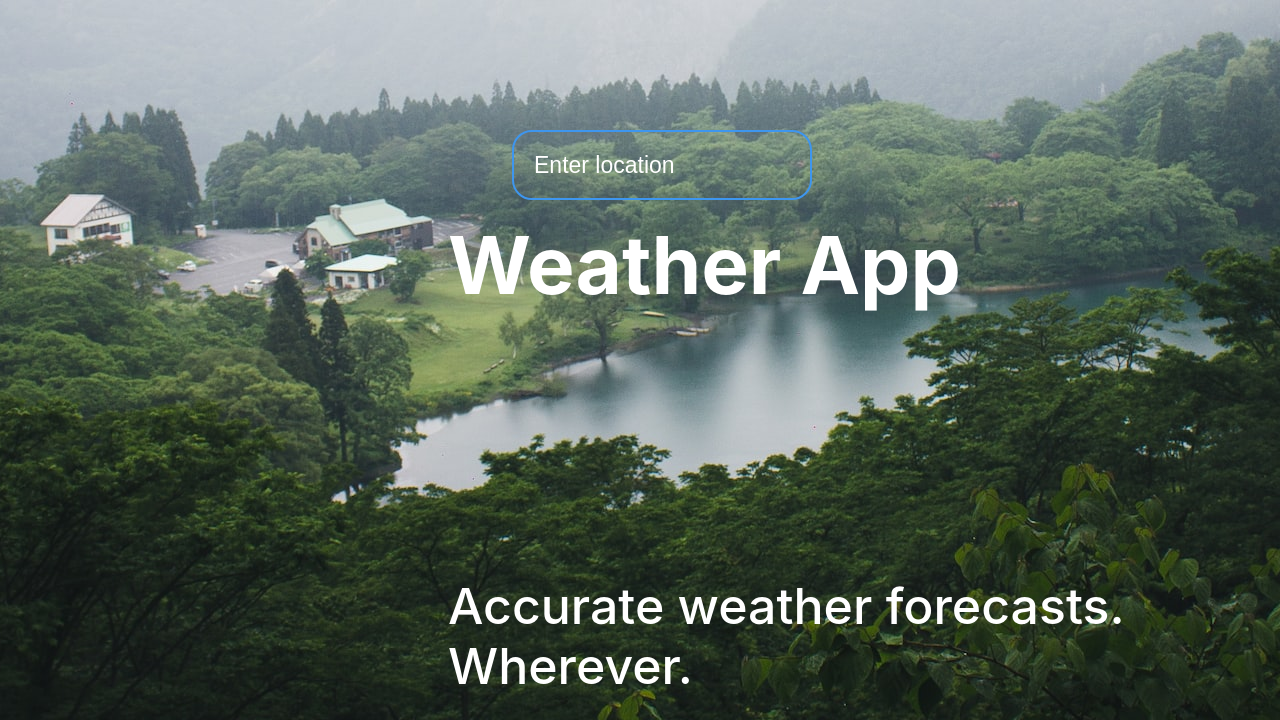
Repository: RenataDzotova/WeatherForecast
Page: /
These files come from the project's save history. The page is drawn as it stood at one moment and after the next save; the edit follows.
The browser window is 1280 px wide. The pictures show the whole page.
The project was rebuilt for these pictures with package versions that can differ from the ones it lists, and the page was loaded fresh each time. The framework's server and built-in components were replaced by stand-ins that run in the browser. Also part of the build but not shown: next.config.js, styles/Home.module.css.

Above is the page before, as saved 2023-01-19 16:47:45.

### pages/index.js
import Head from 'next/head'
import Image from 'next/image'
import styles from '../styles/Home.module.css'
import axios from 'axios'
import { useState } from 'react'
import { FlexBox, Wrapper, Text, ImgPlaceholder } from '../styles/global'

export default function Home() {
  const [data, setData] = useState({});
  const [location, setLocation] = useState('');
  const [weather, setWeather] = useState();
  const [errorMessage, setErrorMessage] = useState('')
  const [showTitle, setShowTitle] = useState('Weather App')
  const [showDesc, setShowDesc] = useState('Accurate weather forecasts. Wherever.')

  const searchLocation = (event) => {
    if (event.key === "Enter"){
      axios.get(url)
      .then((response) => {
        console.clear()
        setData(response.data)
        console.log(response.data)
        setWeather(response.data.weather)
        setErrorMessage("")
        setShowTitle("")
        setShowDesc("")
      }) .catch(err => {
        console.log(err)
        setErrorMessage("Please enter another location")
        setData({})
        setWeather()
      })
      setLocation('')
    }
  }

  var apiKey = "f1c3aba9f416efdb16702d2866709e98";
  var lang = "en";
  var units = "metric";
  const url = `https://api.openweathermap.org/data/2.5/weather?q=${location}&units=${units}&appid=${apiKey}&lang=${lang}`

  return (
    <div className={styles.bg}>
      <Head>
        <title>Create Next App</title>
        <meta name="description" content="Generated by create next app" />
        <link rel="icon" href="/favicon.ico" />
        <link rel="preconnect" href="https://fonts.gstatic.com" crossorigin />
        <link
            href="https://fonts.googleapis.com/css2?family=Plus+Jakarta+Sans:ital,wght@0,200;0,300;0,400;0,500;0,600;0,700;0,800;1,200;1,300;1,400;1,500;1,600;1,700;1,800&display=swap"
            rel="stylesheet"
            />
      </Head>

      <main>


        {
          data &&
            <span>
              {errorMessage}
              <span className='titleText'>
              {showTitle}
              </span>
              <span className='descText'>
              {showDesc}
              </span>
            </span>
        }


        <input className='inputStyle'
          value = {location}
          onChange={event=> setLocation(event.target.value)}
          placeholder="Enter location"
          onKeyDown={searchLocation}
          type="text"
          style={{position:"absolute", top:"130px", left:"40%" }}
        >
        </input>

        {
          weather && weather.map((w, index) =>{
            return(
              <Wrapper bgImage={ data.main.temp.toFixed() < 0 && w.main=="Snow" ? "/alora-griffiths-HlnFco4i624-unsplash.jpg" : w.main=="Rain" || w.main=="Thunderstorm" ? "/nick-nice-ve-R7PCjJDk-unsplash.jpg" : w.main=="Clouds" ? "/johny-goerend-z_SXPzTMKkc-unsplash.jpg" : "/kenrick-mills-MF9Wy1NA55I-unsplash-2.jpg"} key={index}>

                  <FlexBox dir="column" width="100%" height="100%">
                    <FlexBox dir="column" margin="200px 0 0 0">
                      <Text color="white" fontSize="65px" fontWeight="bold">{data.name}</Text>
                        <FlexBox alignItems="flex-start">
                          <Text color="white" fontSize="90px" fontWeight="bold">{data.main.temp.toFixed()}°</Text>
                          <FlexBox margin="15px 0 12px 10px"><Text color="white" fontSize="30px">{w.main} </Text></FlexBox>
                        </FlexBox>
                    </FlexBox>

                    <FlexBox flexWrap="wrap" margin="100px 0 0 0" bgColor="rgba(227, 227, 227, 0.25)" border="rgba(227, 227, 227) solid 2px" minHeight="130px" width="60%" borderRadius="30px" justifyContent="space-around" padding="0 20px 0 20px">
                      <FlexBox dir="column">
                        <Text color="white" fontSize="65px" fontWeight="700">{data.main.feels_like.toFixed()}°C</Text>
                        <Text color="white">Feels like</Text>
                      </FlexBox>
                      <FlexBox dir="column">
                        <Text color="white" fontSize="65px" fontWeight="700">{data.main.humidity}%</Text>
                        <Text color="white">Humidity</Text>
                      </FlexBox>
                      <FlexBox dir="column">
                        <FlexBox>
                          <Text color="white" fontSize="65px" fontWeight="700">{data.main.pressure}</Text>
                          <Text fontSize="20px" margin="0 0 15px 0" color="white">hPa</Text>
                        </FlexBox>
                        <Text color="white">Pressure</Text>
                      </FlexBox>
                      { data.wind.gust &&
                      <FlexBox dir="column">
                        <FlexBox>
                          <Text color="white" fontSize="65px" fontWeight="700">{data.wind.gust}</Text>
                          <Text fontSize="20px" margin="0 0 15px 0" color="white">M/s</Text>
                        </FlexBox>
                        <Text color="white">Wind</Text>
                      </FlexBox>
                      }
                    </FlexBox>
                  </FlexBox>
              </Wrapper>
            )
          })
        }
      </main>

      {/* <footer className={styles.footer}>
        <a
          href="https://vercel.com?utm_source=create-next-app&utm_medium=default-template&utm_campaign=create-next-app"
          target="_blank"
          rel="noopener noreferrer"
        >
          Powered by{' '}
          <span className={styles.logo}>
            <Image src="/vercel.svg" alt="Vercel Logo" width={72} height={16} />
          </span>
        </a>
      </footer> */}
    </div>
  )
}

### styles/globals.css
html,
body {
  padding: 0;
  margin: 0;
  font-family: -apple-system, BlinkMacSystemFont, Segoe UI, Roboto, Oxygen,
    Ubuntu, Cantarell, Fira Sans, Droid Sans, Helvetica Neue, sans-serif;
  background-image: url("../public/cory-bjork-nkXNnX4BG1k-unsplash.jpg");
  background-position: center;
  background-repeat: no-repeat;
  display: flex;
  justify-content: center;
  align-items: center;
  flex-direction: column;
}

.titleText{
  font-size: 80px;
  font-weight: 700;
  color: white;
  background-color: transparent;
  position: absolute;
  left: 35%;
  top: 30%;
}

.descText{
  font-size: 50px;
  font-weight: 500;
  color: white;
  background-color: transparent;
  position: absolute;
  left: 35%;
  top: 80%;
}

a {
  color: inherit;
  text-decoration: none;
}

.inputStyle{
  border-radius: 20px;
  height: 70px;
  width: 300px;
  font-size: 23px;
  padding: 20px;
  background-color: transparent;
  color: rgb(14, 40, 66);
  border: 2px solid rgb(62, 150, 239);
}
::placeholder {
  color: white;
  opacity: 1; /* Firefox */
}

* {
  box-sizing: border-box;
}

@media (prefers-color-scheme: dark) {
  html {
    color-scheme: dark;
  }
  body {
    color: white;
    background: black;
  }
}

### styles/global.js
import styled from 'styled-components';

export const Text = styled.p`
    font-size: ${props=>props.fontSize || "21px"};
    font-weight: ${props=>props.fontWeight || "normal"};
    color: ${props=>props.color};
    margin: ${props=>props.margin || "0px"};

`


export const FlexBox = styled.div`
    display:flex;
    justify-content:${props=>props.justifyContent || "center"};
    align-items:${props=>props.alignItems || "center"};
    flex-direction:${props=>props.dir || "row"};
    flex-wrap: ${props=>props.flexWrap};
    width: ${props=>props.width};
    height: ${props=>props.height};
    background-color: ${props=>props.bgColor};
    padding: ${props=>props.padding};
    margin: ${props=>props.margin || "0px"};
    min-height: ${props=>props.minHeight};
    max-height: ${props=>props.maxHeight};
    background-image: ${props=>props.linearGradient || "none"}, url(${props=>props.bgImage});
    background-position: ${props=>props.bgPosition || "center"};
    background-size: ${props=>props.bgSize || "cover"};
    background-repeat: ${props=>props.bgRepeat};
    border-radius:${props=>props.borderRadius};
    filter: ${props=>props.filter};
    border: ${props=>props.border};
    z-index:${props=>props.zIndex};
    position: ${props=>props.position};
    top: ${props=>props.top};
    left:${props=>props.left};
    bottom: ${props=>props.bottom};
    border-bottom-style: ${props=>props.borderBottom};
    box-shadow: ${props=>props.boxShadow};
    border-top: ${props=>props.topBorder};
    border-bottom: ${props=>props.bottomBorder};
    color: ${props=>props.color};
    font-weight: ${props=>props.fontWeight};
    cursor: ${props=>props.cursor};
    max-width: ${props=>props.maxWidth};
    min-width: ${props=>props.minWidth};
    overflow-y: ${props=>props.overflowY};
    overflow-anchor: ${props=>props.overflowA};
    overflow-x: ${props=>props.overflowX};
`

export const Wrapper = styled(FlexBox) `
    width: 100vw;
    min-width: ${props=>props.minWidth};
    height: ${props=>props.height || "100vh"};
    padding:${props=>props.padding};
    overflow-x: ${props=>props.overflowX};
    overflow-y: ${props=>props.overflowY};
    background-image: ${props=>props.linearGradient || "none"}, url(${props=>props.bgImage});
    background-position: ${props=>props.bgPosition || "center"};
    background-size: ${props=>props.bgSize || "cover"};
`


export const ImgPlaceholder = styled.div`
    width: ${props=>props.width || "134px"};
    height: ${props=>props.height || "154px"};
    border-radius: ${props=>props.borderRadius || "8px 0px 0px 8px"};
    background-image: url(${props=>props.bgImage});
    margin: ${props=>props.margin};
    position: ${props=>props.position};
    top: ${props=>props.top};
    background-position: center;
    background-size: cover;
`

Loaded but not shown: pages/_app.js (common file)

After the next save:
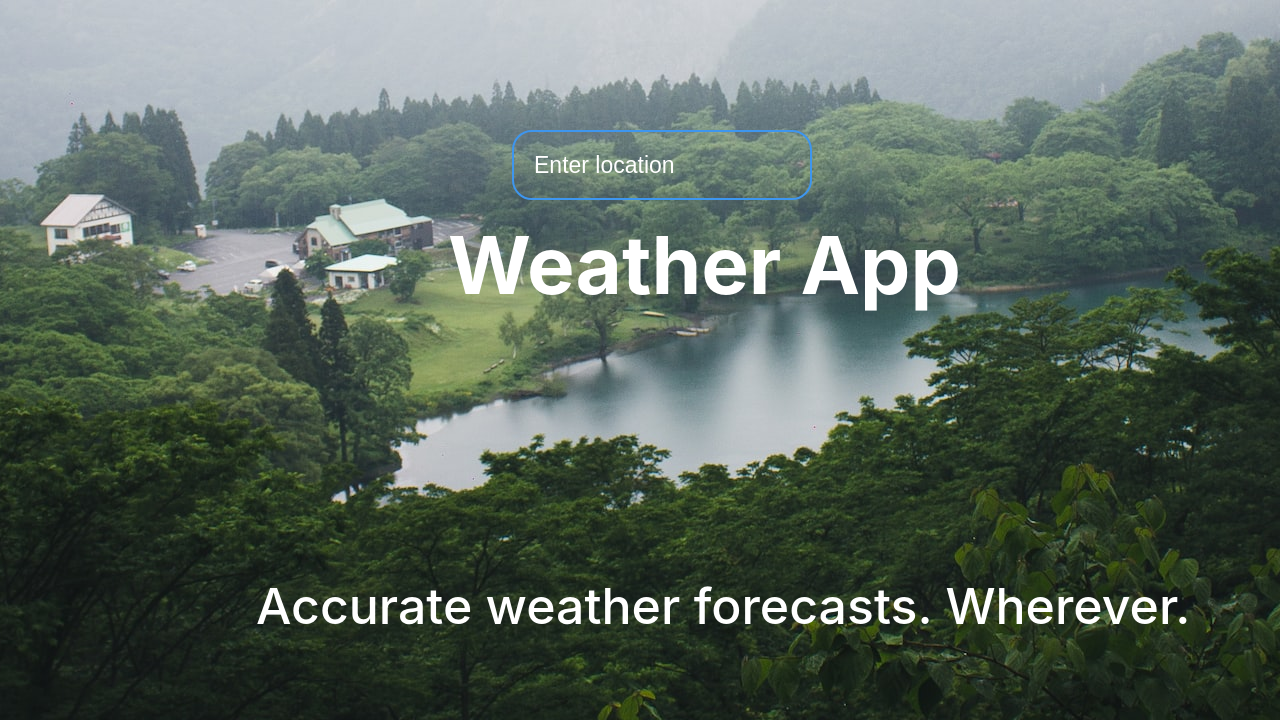
Saved 20 s later.
--- a/styles/globals.css
+++ b/styles/globals.css
@@ -29,7 +29,7 @@ body {
   color: white;
   background-color: transparent;
   position: absolute;
-  left: 35%;
+  left: 20%;
   top: 80%;
 }
 
